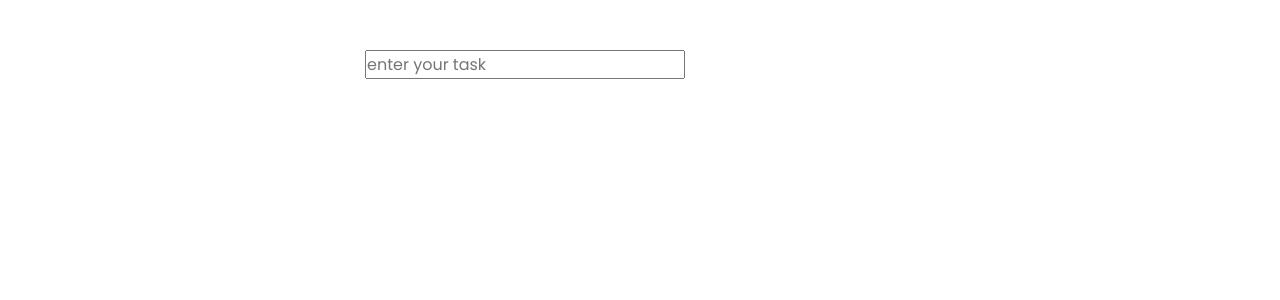
Repository: Kaii-Dev/js-course
Page: BAI-TAP/todolist/index.html
These files come from the project's save history. The page is drawn as it stood at one moment and after a run of saves; the edit follows.
The browser window is 1280 px wide. The pictures show the whole page.

Above is the page before, as saved 2021-12-22 19:46:25.

### BAI-TAP/todolist/index.html
<!DOCTYPE html>
<html lang="en">
<head>
   <meta charset="UTF-8">
   <meta http-equiv="X-UA-Compatible" content="IE=edge">
   <meta name="viewport" content="width=device-width, initial-scale=1.0">
   <title>to do list</title>
   <link rel="preconnect" href="https://fonts.gstatic.com" />
   <link
     href="https://fonts.googleapis.com/css2?family=Poppins:wght@400;600&display=swap"
     rel="stylesheet"
   />
   <link
     rel="stylesheet"
     href="https://cdnjs.cloudflare.com/ajax/libs/font-awesome/4.7.0/css/font-awesome.min.css"
     integrity="sha512-SfTiTlX6kk+qitfevl/7LibUOeJWlt9rbyDn92a1DqWOw9vWG2MFoays0sgObmWazO5BQPiFucnnEAjpAB+/Sw=="
     crossorigin="anonymous"
   />
   <style>
      html {
  box-sizing: border-box;
}
* {
  margin: 0;
  padding: 0;
}
*,
*:before,
*:after {
  box-sizing: border-box;
}
input,
textarea,
select,
button {
  outline: none;
}
input {
  line-height: normal;
}
label,
button {
  cursor: pointer;
}
a {
  text-decoration: none;
}
img {
  display: block;
  max-width: 100%;
}
*,
*:before,
*:after {
  box-sizing: border-box;
}
/* using rem unit */
html {
  font-size: 62.5%;
}
a {
  text-decoration: none;
}
img {
  display: block;
  max-width: 100%;
}
input,
button,
body {
  font-family: "Poppins", sans-serif;
  font-size: 16px;
  line-height: 1;
}
.todo {
  padding: 25px;
  margin: 25px auto;
  max-width: 600px;
}
.todo-form {
  width: 100%;
  display: flex;
}
.todo-submit {
  padding: 15px;
  border: 0;
  background-color: #2979ff;
  color: white;
  border-radius: 0 10px 10px 0;
  flex-shrink: 0;
}
.todo-input {
  width: 100%;
  border: 1px solid #eee;
  padding: 15px;
  border-radius: 10px 0 0 10px;
}
.todo-item {
  margin-top: 15px;
  display: flex;
  align-items: center;
  padding: 15px 0;
}
.todo-text {
  flex: 1;
  font-weight: 300;
  color: #333;
  display: inline-block;
  padding-right: 20px;
  white-space: nowrap;
  max-width: 100%;
  overflow: hidden;
  text-overflow: ellipsis;
  line-height: 1.4;
}
.todo-remove {
  flex-shrink: 0;
  width: 40px;
  height: 40px;
  background-color: #fc5776;
  color: white;
  border-radius: 4px;
  cursor: pointer;
  display: flex;
  justify-content: center;
  align-items: center;
}
   </style>
</head>
<body>
   <div class="todo">
      <div class="todo-form">
         <input type="text" placeholder="enter your task" clá
         >
      </div>
   </div>
   <script src="./starter.js"></script>
</body>
</html>

Loaded but not shown: BAI-TAP/todolist/starter.js (no stored copy; drawn as an empty file)

After the next 2 saves:
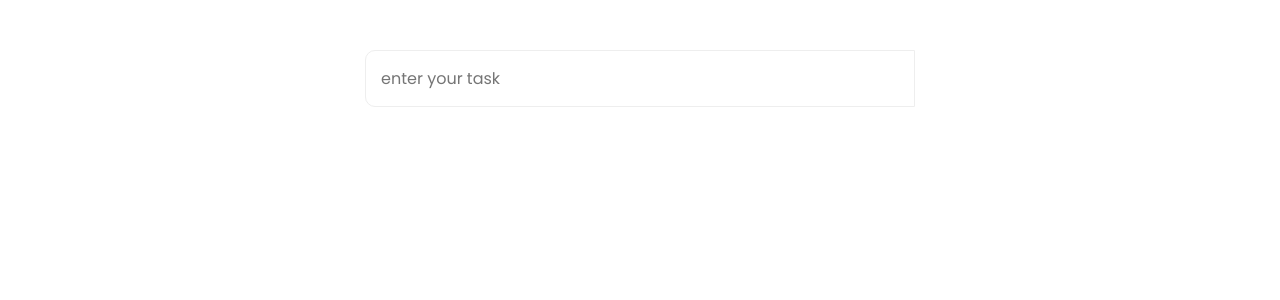
The 2 saves are shown as one change because they came seconds apart.
The last was saved 8 s later.
--- a/BAI-TAP/todolist/index.html
+++ b/BAI-TAP/todolist/index.html
@@ -130,8 +130,7 @@ body {
 <body>
    <div class="todo">
       <div class="todo-form">
-         <input type="text" placeholder="enter your task" clá
-         >
+         <input type="text" placeholder="enter your task" class="todo-input">
       </div>
    </div>
    <script src="./starter.js"></script>
